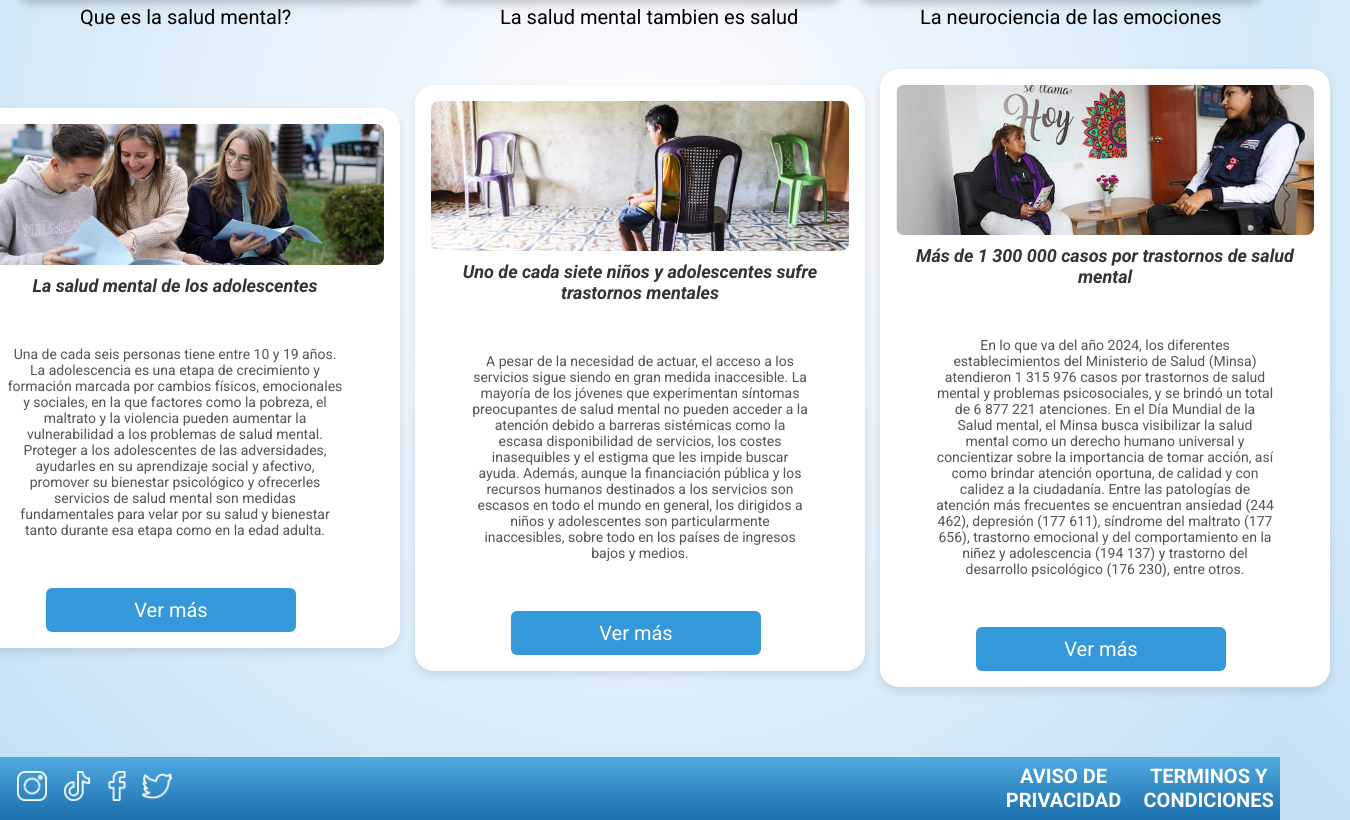
Repository: ChristianAvilesS/PsychoMind
Page: public/contenidoEducativo.html
The author's editor kept a copy of each file at every save. The page is drawn from the files as they stood at one save, then again after the next save.
The browser window is 1280 px wide. The page is 1350 px wide, so the pictures cover 1350 px, including what lies to the right of the window. The pictures show the part of the page from y = 450 to 1270 px (the page is 1270 px tall before and 1238 px after).
Some web fonts or font styles are not loaded; a fallback is used. Some web libraries are served in a nearby version.

Above is the page before, as saved 2025-04-20 18:33:36.

After the next save:
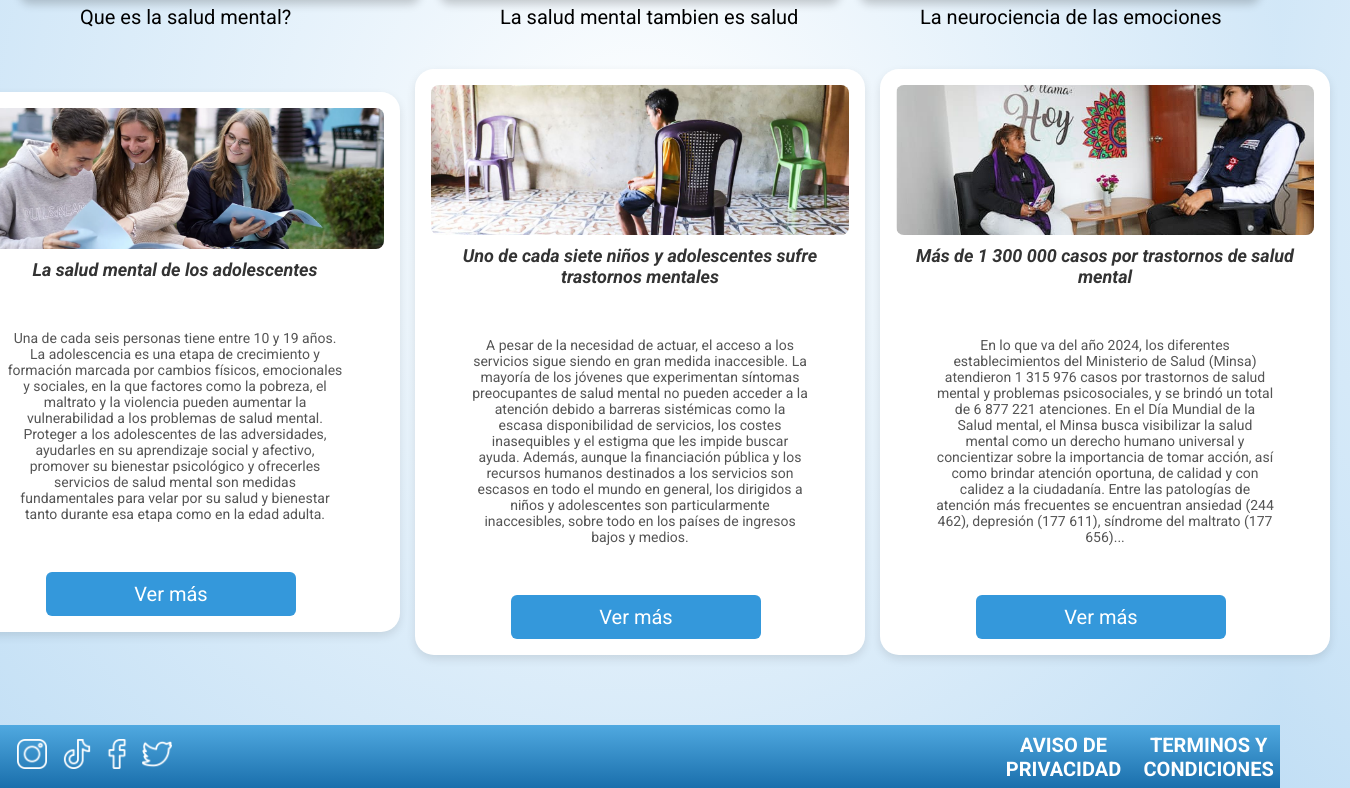
Saved 24 s later.
--- a/public/contenidoEducativo.html
+++ b/public/contenidoEducativo.html
@@ -110,8 +110,7 @@
 
                   En el Día Mundial de la Salud mental, el Minsa busca visibilizar la salud mental como un derecho humano universal y concientizar sobre la importancia de tomar acción, así como brindar atención oportuna, de calidad y con calidez a la ciudadanía.
 
-                  Entre las patologías de atención más frecuentes se encuentran ansiedad (244 462), depresión (177 611), síndrome del maltrato (177 656), trastorno emocional y del comportamiento en la niñez y adolescencia (194 137) y trastorno del desarrollo psicológico (176 230), entre otros.
-                </p>
+                  Entre las patologías de atención más frecuentes se encuentran ansiedad (244 462), depresión (177 611), síndrome del maltrato (177 656)...   </p>
                 <button class="noticia-vermas">Ver más</button>
               </div>
             </div>
